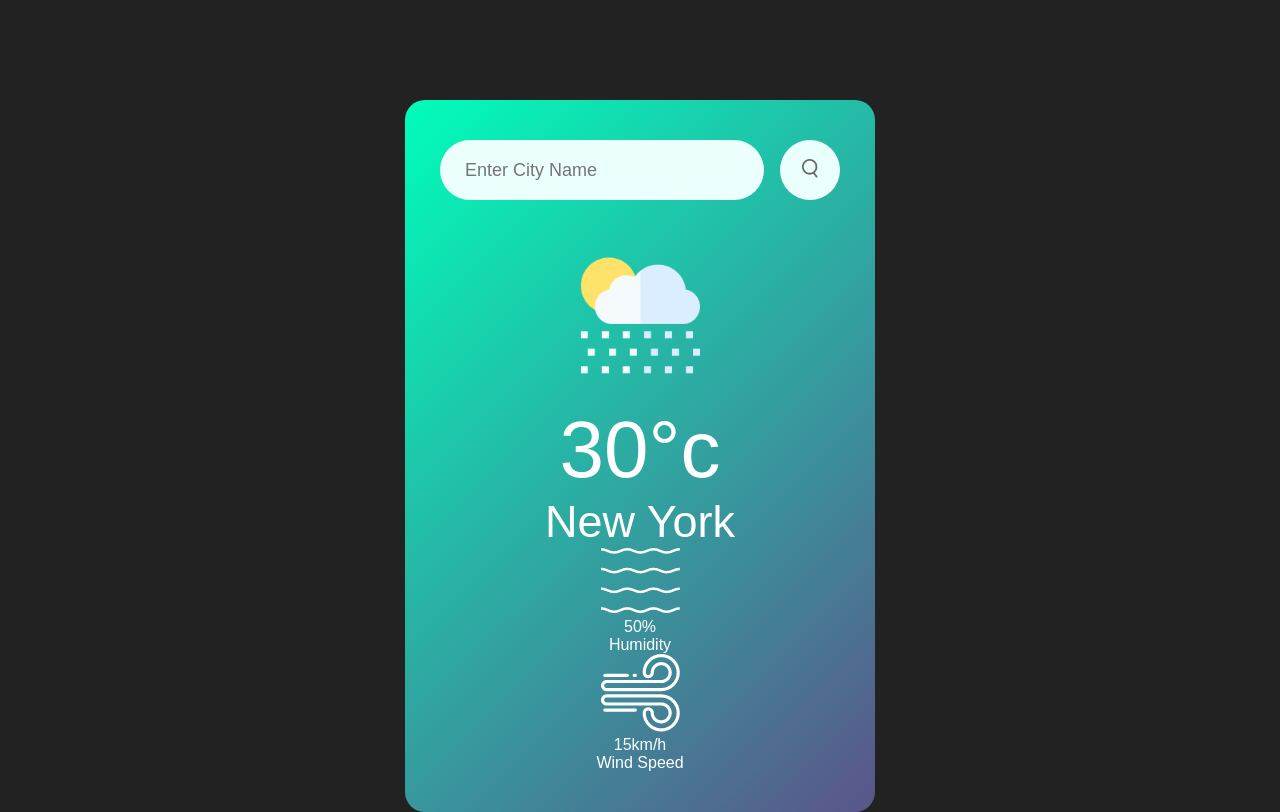
Repository: dubeprince/WeatherApp-Project
Page: WeatherApp/index.html
These files come from the project's save history. The page is drawn as it stood at one moment and after the next save; the edit follows.
The browser window is 1280 px wide. The pictures show the whole page.

Above is the page before, as saved 2023-05-26 11:14:54.

### WeatherApp/index.html
<!DOCTYPE html>
<html lang="en">
<head>
    <meta charset="UTF-8">
    <meta http-equiv="X-UA-Compatible" content="IE=edge">
    <meta name="viewport" content="width=device-width, initial-scale=1.0">
    <title>Weather App</title>
    <link rel = "stylesheet" href = "style.css">
</head>
<body>

    <div class="card">
        <div class="search">
            <input type="text" placeholder="Enter City Name" spellcheck="false">
            <button><img src="images/search.png" alt=""></button>
        </div>
        <div class="weather">
            <img src="images/rain.png" class="weather-icon">
            <h1 class="temp">30°c</h1>
            <h2 class="city">New York</h2>
            <div class="details">
                <div class="col">
                    <img src="images/humidity.png" >
                    <div>
                        <p class="humidity">50%</p>
                        <p>Humidity</p>
                    </div>
                </div>
                <div class="col">
                    <img src="images/wind.png" >
                    <div>
                        <p class="wind">15km/h</p>
                        <p>Wind Speed</p>
                    </div>
                </div>
            </div>
        </div>
    </div>

</body>
</html>

### WeatherApp/style.css
*{
    margin : 0;
    padding: 0;
    font-family: 'Poppins', sans-serif;
    box-sizing: border-box;

}
body{
    background: #222;
}
.card{
    width: 90%;
    max-width: 470px;
    background: linear-gradient(135deg, #00feba, #5b548a);
    color: #fff; /* white */
    margin: 100px auto 0;
    border-radius: 20px;
    padding: 40px 35px;
    text-align: center;

}
.search{
    width: 100%;
    display: flex;
    align-items: center;
    justify-content: space-between;
}
.search input{
    border: 0;
    outline: 0;
    background: #ebfffc;
    color: #555;
    padding: 10px 25px;
    height: 60px;
    border-radius: 30px;
    flex: 1;
    margin-right: 16px;
    font-size: 18px;
}
.search button{
    border: 0;
    outline: 0;
    border-radius: 50%;
    background: #ebfffc;
    width: 60px;
    height: 60px;
    cursor: pointer;

}
.search button img{
    width: 16px;

}
.weather-icon{
    width: 170px;
    margin-top: 30px;
}
.weather h1{
    font-size: 80px;
    font-weight: 500;
}
.weather h2{
    font-weight: 400;
    font-size: 45px;
}

After the next save:
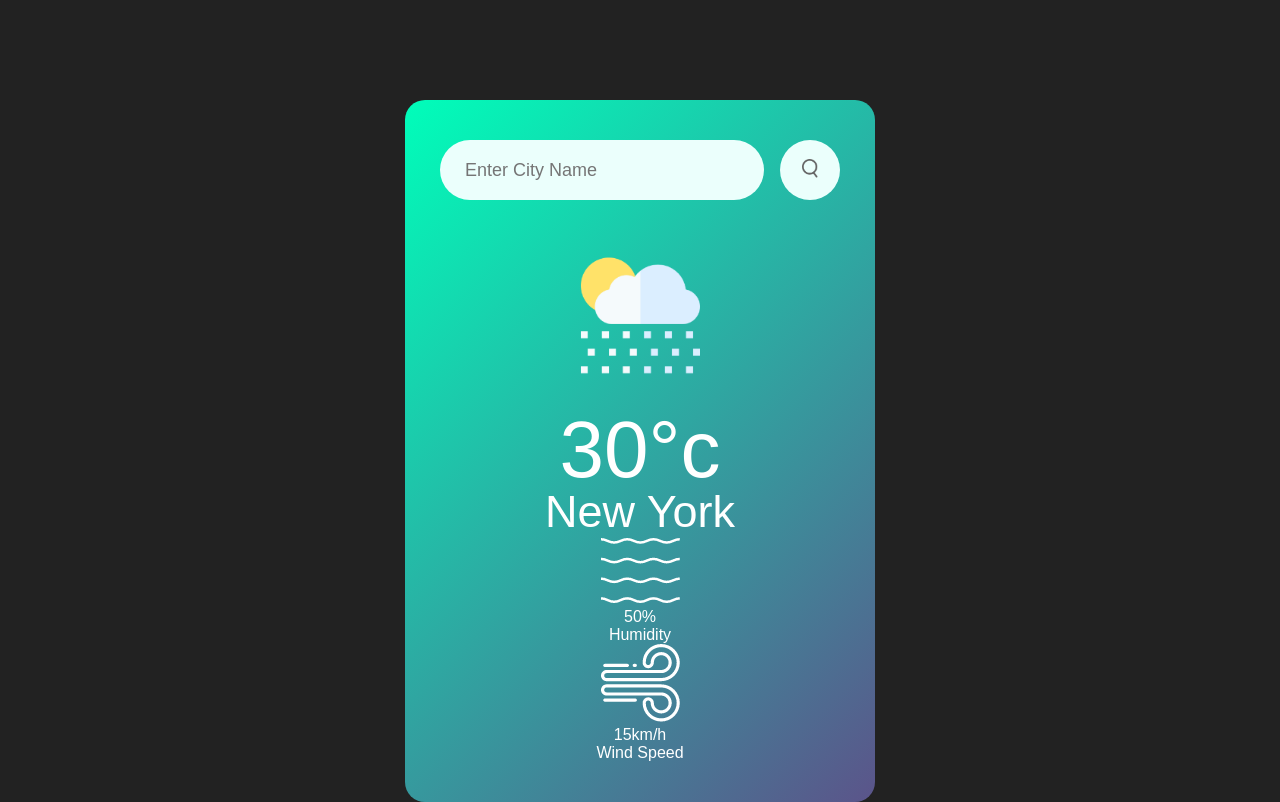
Saved 113 s later.
--- a/WeatherApp/style.css
+++ b/WeatherApp/style.css
@@ -62,4 +62,5 @@
 .weather h2{
     font-weight: 400;
     font-size: 45px;
+    margin-top: -10px;
 }

After the save that followed:
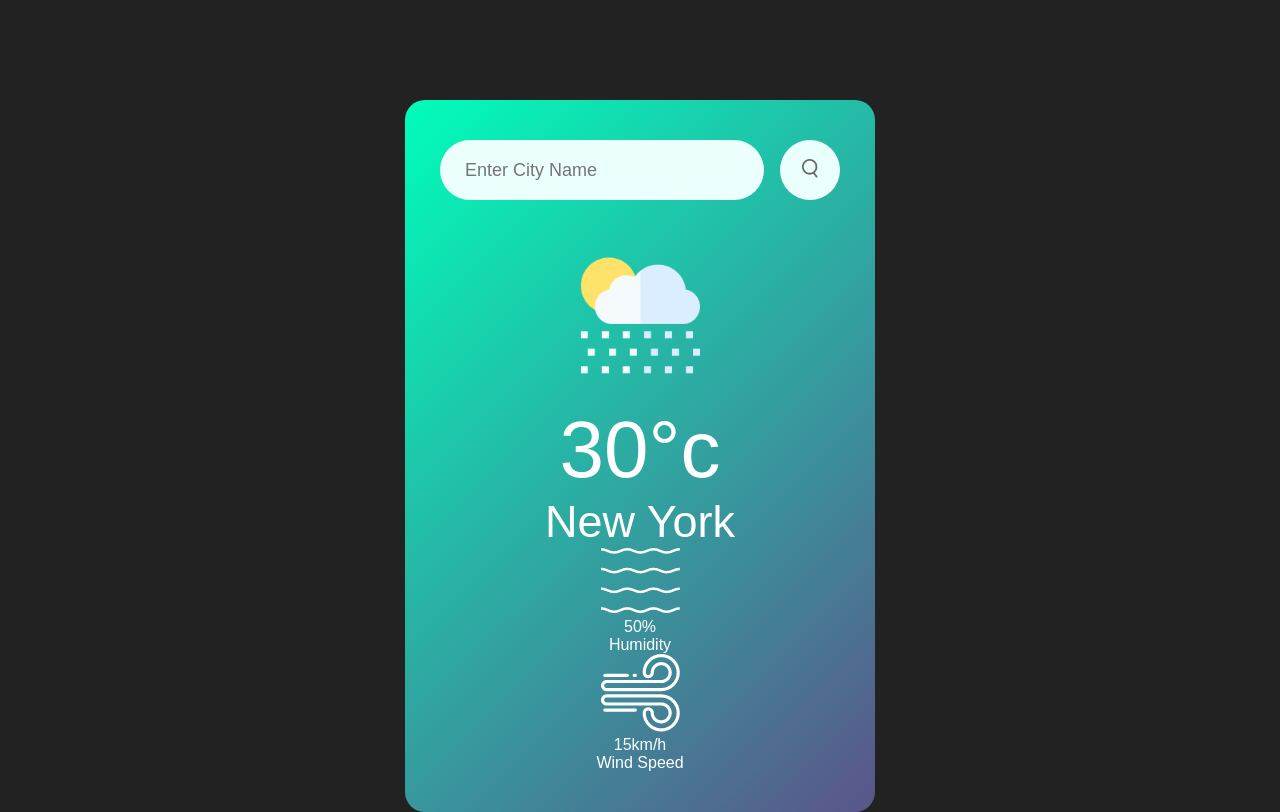
Saved 30 s later.
--- a/WeatherApp/style.css
+++ b/WeatherApp/style.css
@@ -62,5 +62,5 @@
 .weather h2{
     font-weight: 400;
     font-size: 45px;
-    margin-top: -10px;
+
 }
